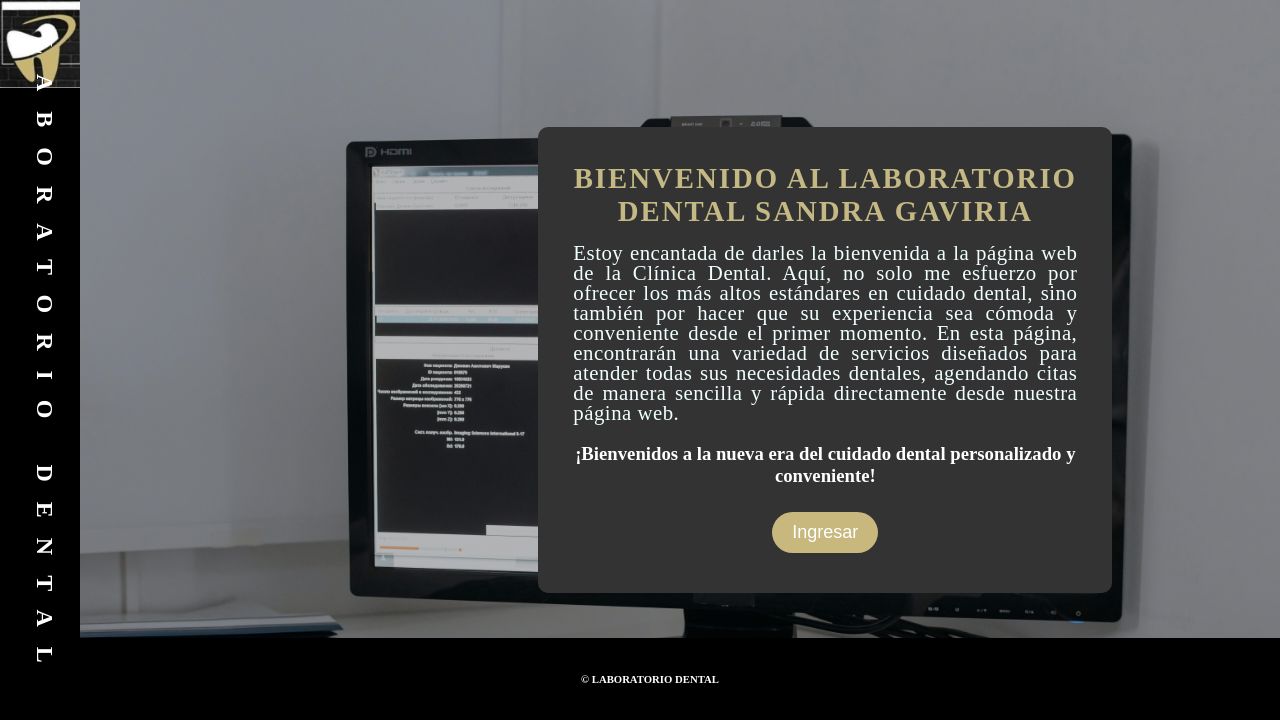
Repository: IIntef/ProyectoDental2.0
Page: Proyecto/Proyecto/Fer.html
The author's editor kept a copy of each file at every save. The page is drawn from the files as they stood at one save, then again after the next save.
The browser window is 1280 px wide. The pictures show the whole page.

Above is the page before, as saved 2024-06-18 14:33:46.

After the next save:
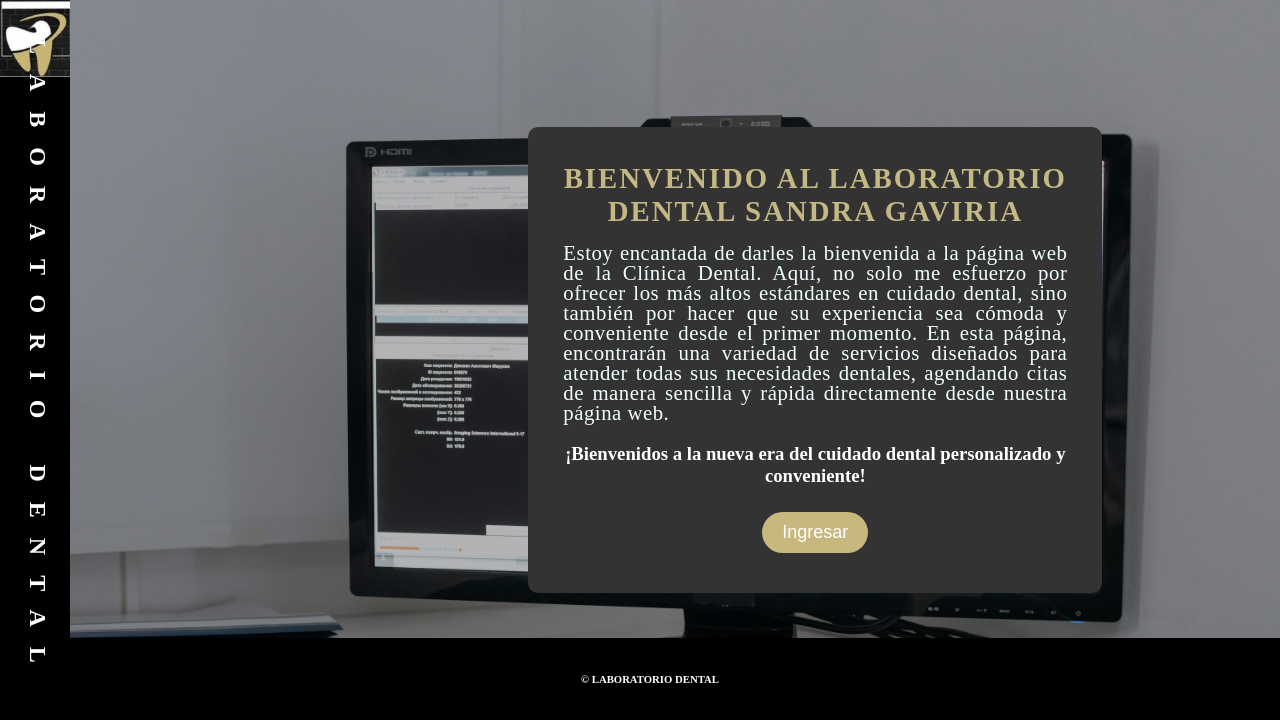
Saved 82 s later.
--- a/Proyecto/Proyecto/StyleFer.css
+++ b/Proyecto/Proyecto/StyleFer.css
@@ -28,7 +28,7 @@ header h1 {
 
 header img {
     width: 8vw;
-    max-width: 80px;
+    max-width: 70px;
 }
 
 main{
